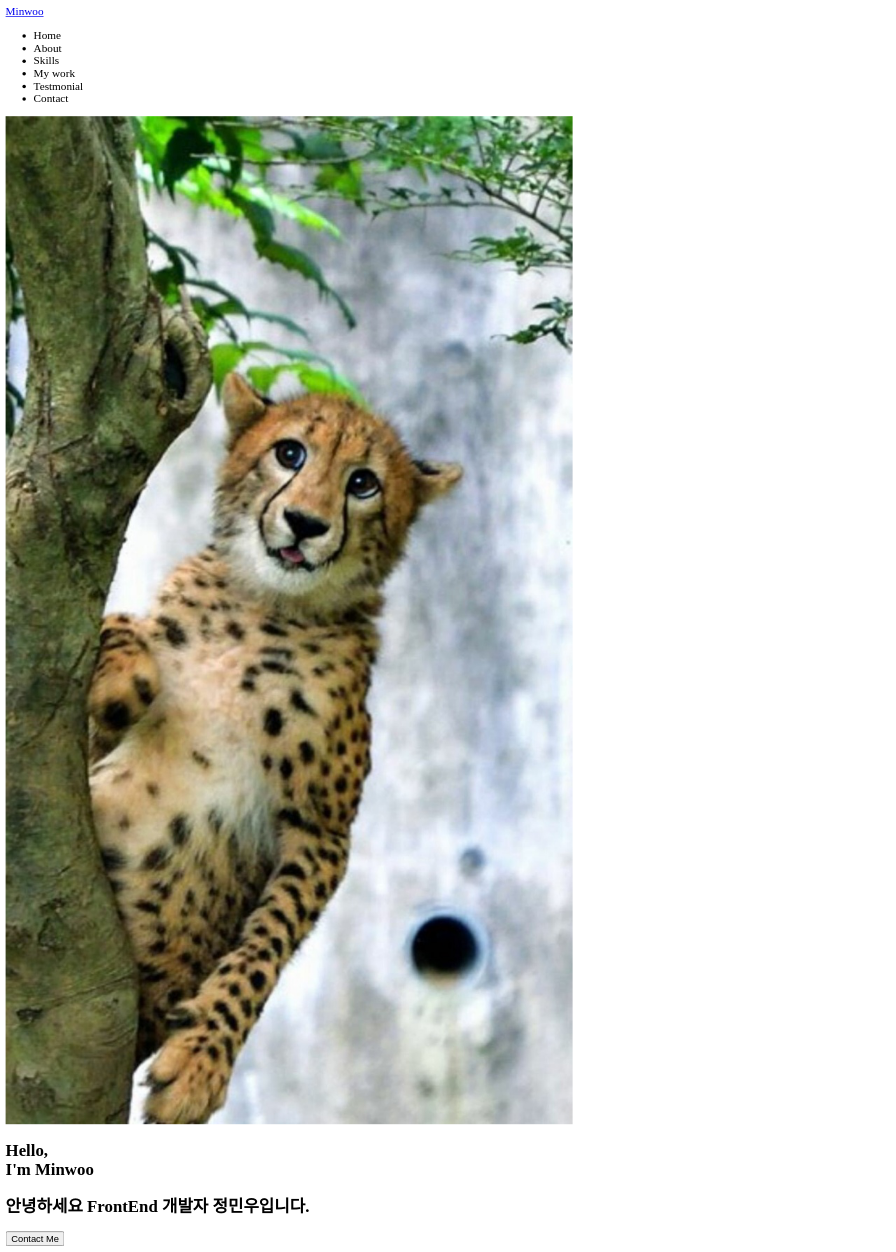
Repository: DevMinwoo-Jung/Portfolio
Page: index.html
These files come from the project's save history. The page is drawn as it stood at one moment and after the next save; the edit follows.
The browser window is 1280 px wide. The pictures show the whole page, at 70% of full size.

Above is the page before, as saved 2021-03-22 12:49:55.

After the next save:
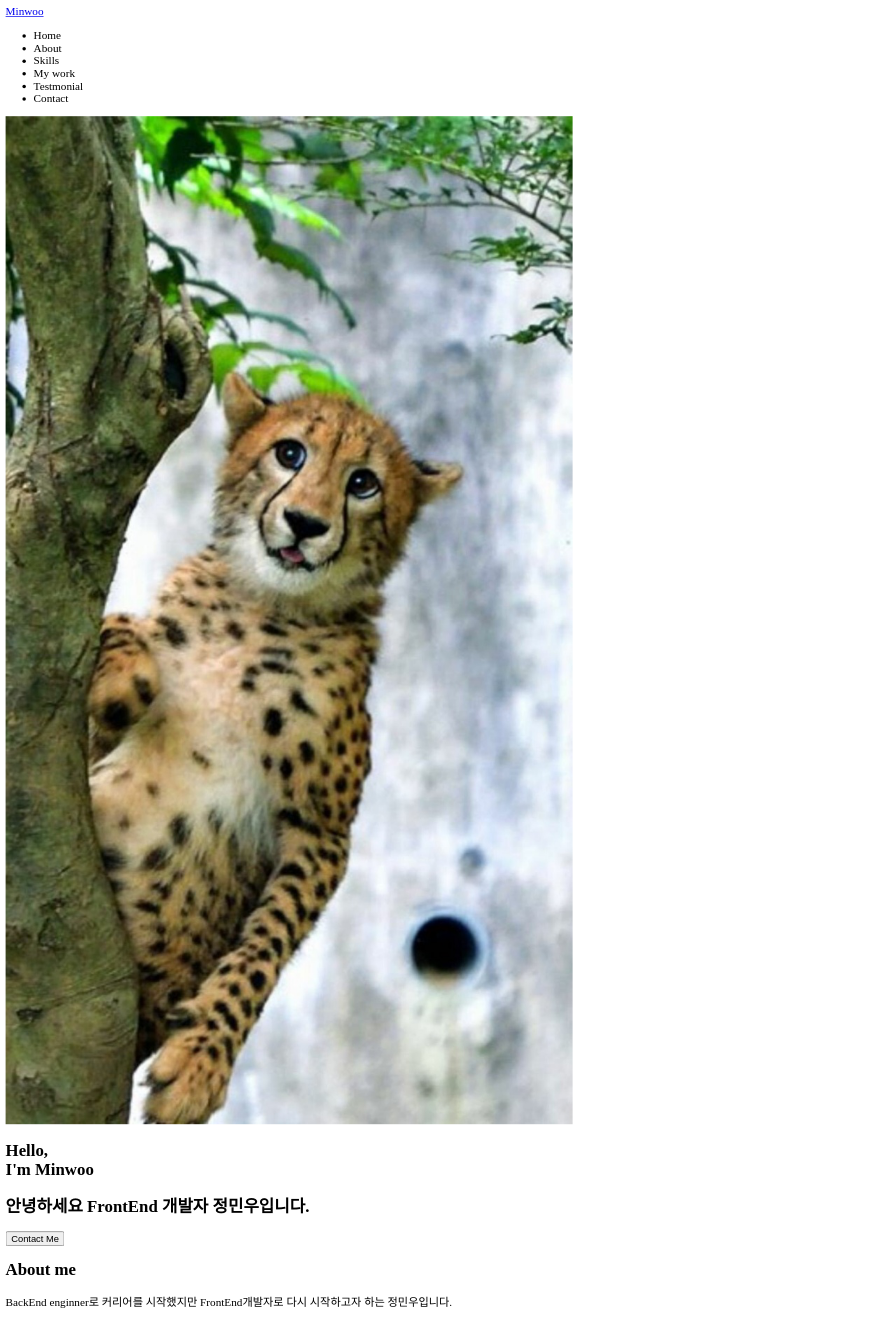
Saved 17 min 13 s later.
--- a/index.html
+++ b/index.html
@@ -36,14 +36,23 @@
          alt="Minwoo's profile photo"
          class="home__avatar"
      />
-
     <h1 class="home__title">Hello, <br> I'm Minwoo</h1>
     <h2 class="home__description">안녕하세요 FrontEnd 개발자 정민우입니다.</h2>
     <button class="home__contact">Contact Me</button>
   </section>
   <!-- About -->
   <section id="about">
-
+    <h1>About me</h1>
+    <p>
+      BackEnd enginner로 커리어를 시작했지만 FrontEnd개발자로 다시 시작하고자 하는 정민우입니다.
+    </p>
+    <div class="about__majors">
+      <div class="major"></div>
+      <i class="fab fa-js-square"></i>
+      <div class="major__icon"></div>
+      <div class="major__title"></div>
+      <div class="major__description"></div>
+    </div>
   </section>
   <!-- Skills -->
   <section id="skills">
